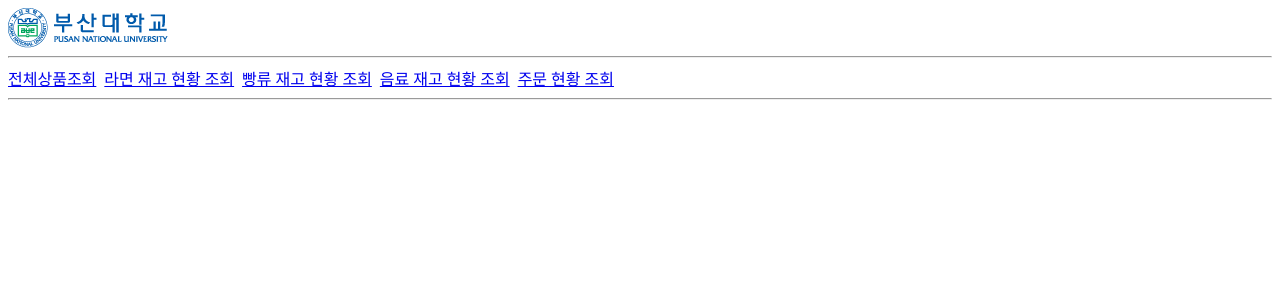
Repository: Gwangil/PCManager
Page: http://localhost/pcmanager.2.1.0/product/productInfo.jsp
An editor plug-in stored every save of this project. The page is shown before and after the next save, followed by the edit.
The browser window is 1280 px wide. The pictures show the whole page.
The page is served by Tomcat 9.

Above is the page before, as saved 2017-07-20 07:38:11.

### 04.Workspace/02.pcmanager_workspace_2.0.0/pcmanager.2.1.0/WebContent/product/productInfo.jsp
<%@ page language="java" contentType="text/html; charset=UTF-8"
    pageEncoding="UTF-8"%>
<!DOCTYPE html PUBLIC "-//W3C//DTD HTML 4.01 Transitional//EN" "http://www.w3.org/TR/html4/loose.dtd">
<html>
<head>
<meta http-equiv="Content-Type" content="text/html; charset=UTF-8">
<title>상품 목록 조회</title>
</head>
<body>
<!-- logo link -->
<a href="/pcm/index.jsp">
<img src="img/logo.gif" title="홈페이지 이동">
</a>
<hr>
<!-- category link -->
<a href="/pcm/pcontroller?action=getProductAll">전체상품조회</a>&nbsp;
<a href="/pcm/pcontroller?action=getCategoryAll&category=라면">라면 재고 현황 조회</a>&nbsp;
<a href="/pcm/pcontroller?action=getCategoryAll&category=빵류">빵류 재고 현황 조회</a>&nbsp;
<a href="/pcm/pcontroller?action=getCategoryAll&category=음료">음료 재고 현황 조회</a>&nbsp;
<a href="/pcm/pcontroller?action=getOrderAll">주문 현황 조회</a>
<hr>


</body>
</html>

After the next save:
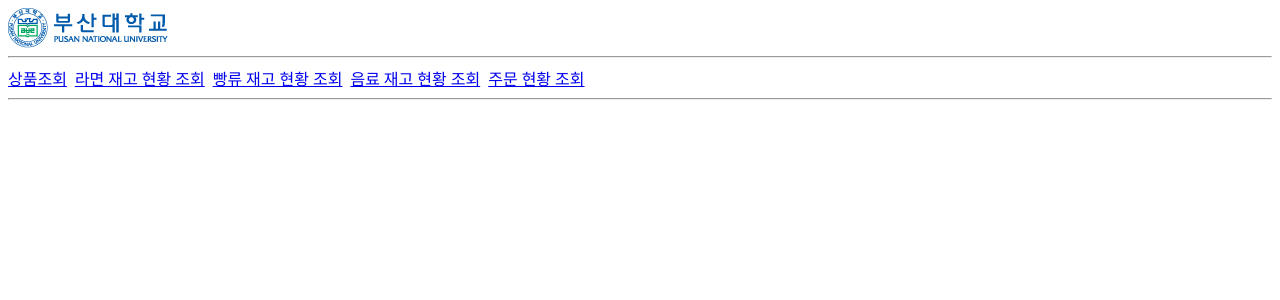
Saved 14 min 8 s later.
--- a/04.Workspace/02.pcmanager_workspace_2.0.0/pcmanager.2.1.0/WebContent/product/productInfo.jsp
+++ b/04.Workspace/02.pcmanager_workspace_2.0.0/pcmanager.2.1.0/WebContent/product/productInfo.jsp
@@ -13,7 +13,7 @@
 </a>
 <hr>
 <!-- category link -->
-<a href="/pcm/pcontroller?action=getProductAll">전체상품조회</a>&nbsp;
+<a href="/pcm/pcontroller?action=getProductAll">상품조회</a>&nbsp;
 <a href="/pcm/pcontroller?action=getCategoryAll&category=라면">라면 재고 현황 조회</a>&nbsp;
 <a href="/pcm/pcontroller?action=getCategoryAll&category=빵류">빵류 재고 현황 조회</a>&nbsp;
 <a href="/pcm/pcontroller?action=getCategoryAll&category=음료">음료 재고 현황 조회</a>&nbsp;
